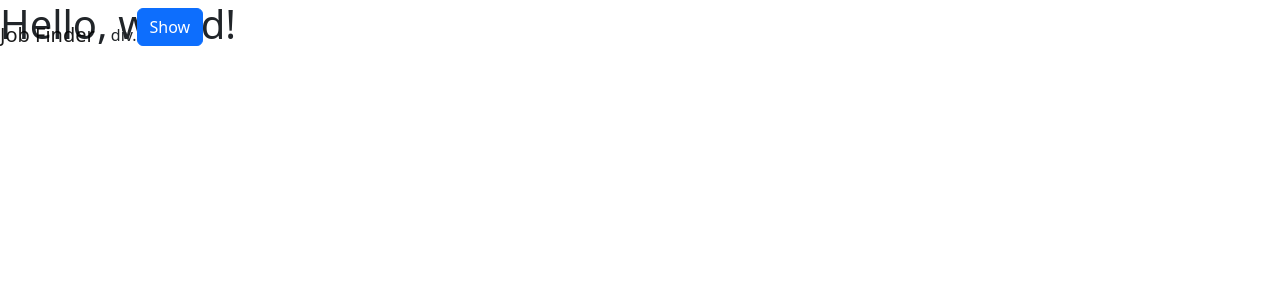
Repository: doncsar/couse-jobfinder-app
Page: templates/index.html
These files come from the project's save history. The page is drawn as it stood at one moment and after the next save; the edit follows.
The browser window is 1280 px wide. The pictures show the whole page.

Above is the page before, as saved 2023-12-17 10:50:13.

After the next save:
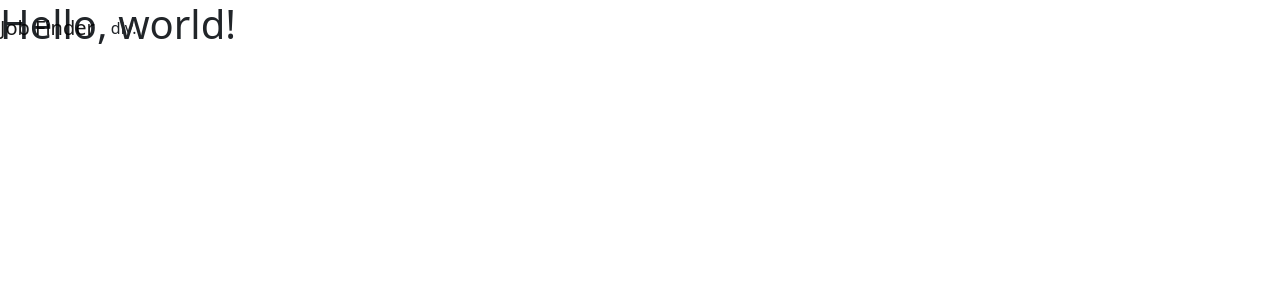
Saved 8 s later.
--- a/templates/index.html
+++ b/templates/index.html
@@ -14,16 +14,7 @@
         <button class="navbar-toggler" type="button" data-toggle="collapse" data-target="#navbarNav" aria-controls="navbarNav" aria-expanded="false" aria-label="Toggle navigation ">
           <span class="navbar-toggle-icon"></span>
         </button>
-        div.<p>
-          <a
-            class="btn btn-primary"
-            data-bs-toggle="collapse"
-            href="#contentId"
-            aria-expanded="false"
-            aria-controls="contentId"
-          >
-            Show
-          </a>
+        div.
         </p>
         <div class="collapse" id="contentId"></div>
 
